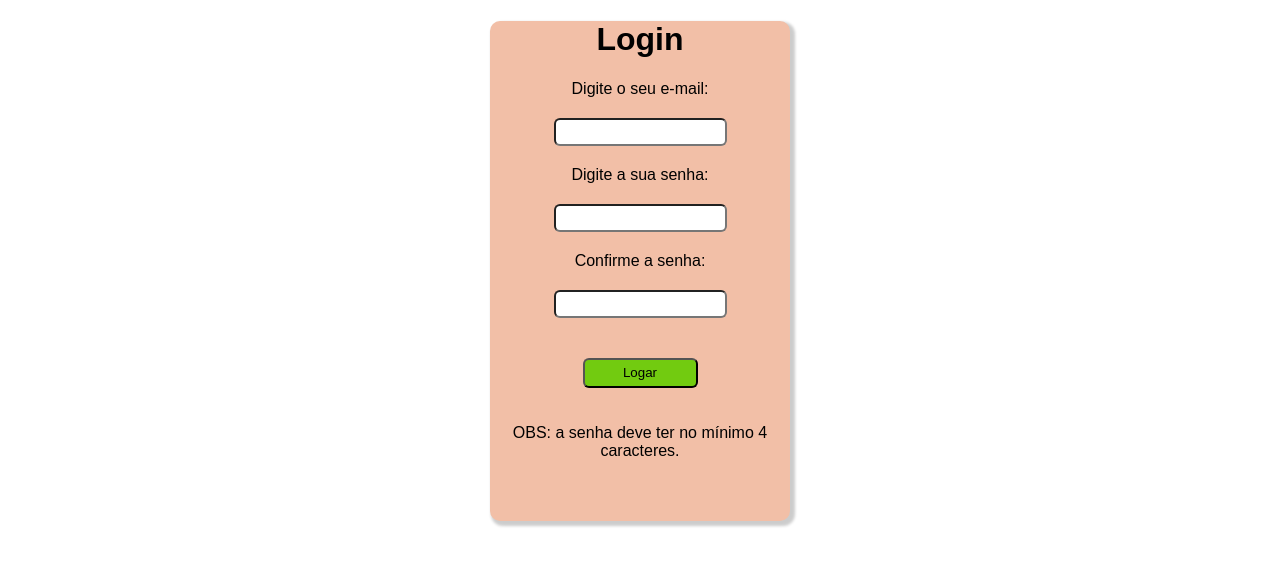
Repository: leviviana21/Java-web-login
Page: http://localhost/conexao_bd/
The author's editor kept a copy of each file at every save. The page is drawn from the files as they stood at one save, then again after a run of saves.
The browser window is 1280 px wide. The pictures show the whole page.
The page is served by Tomcat 9.

Above is the page before, as saved 2025-06-19 23:07:29.

After the next 3 saves:
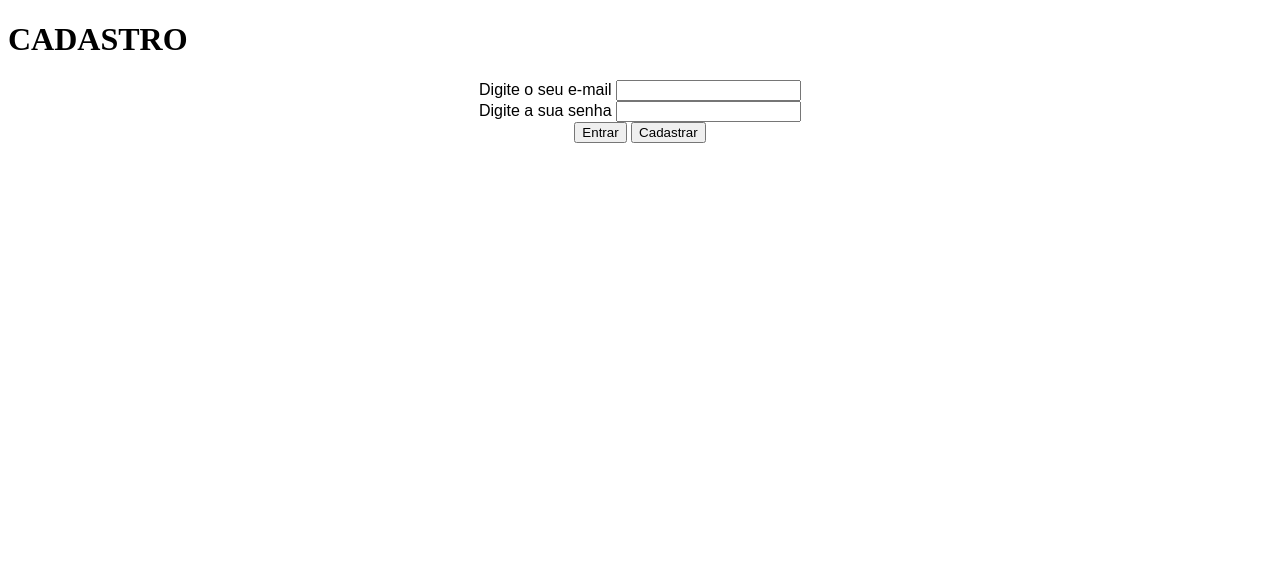
The 3 saves are shown as one change because 2 did not build or start.
The last was saved 6 min 9 s later.
--- a/conexao_bd/src/main/webapp/index.jsp
+++ b/conexao_bd/src/main/webapp/index.jsp
@@ -9,29 +9,26 @@
 </head>
 <body>
 
+<%
+	if(request.getAttribute("error") != null){
+%>
+	<p><% out.print(request.getAttribute("msg").toString()); %></p>
+<%
+	}
+%>
+	<h1>CADASTRO</h1>
+		<form action="cadastro" method="post">
+			<label>Digite o seu e-mail</label>
+			<input type="email" name="txtEmail" class="email-senha" >
+			<br>
+			<label>Digite a sua senha</label>
+			<input type="password" name="txtSenha" class="email-senha">
+			<br>
+			<input type="submit" value="Entrar">
+			<input type="submit" value="Cadastrar">
+		</form>
 
-	<div class="container">
-	<form action="auth" method="post">
-        <h1>Login</h1>
-        <label>Digite o seu e-mail: </label>
-        <input type="email" name="txtEmail" class="emailsenha" >
-        <br>
-        <label>Digite a sua senha: </label>
-        <input type="password" name="txtSenha" class="emailsenha" >
-        <br>
-        <label>Confirme a senha: </label>
-        <input type="password" name="confirmar_Senha" class="emailsenha" >
-        <br>
-        <input type="submit" value="Logar" class="botao-login">
-        <p>OBS: a senha deve ter no mínimo 4 caracteres.</p>
-        <%
-			if(request.getAttribute("error") != null){
-		%>
-		<p class="aviso-erro"><% out.print(request.getAttribute("msg").toString()); %></p>
-		<%
-			}
-		%>
-    </form>
-    </div>
 </body>
 </html>
+</body>
+</html>
